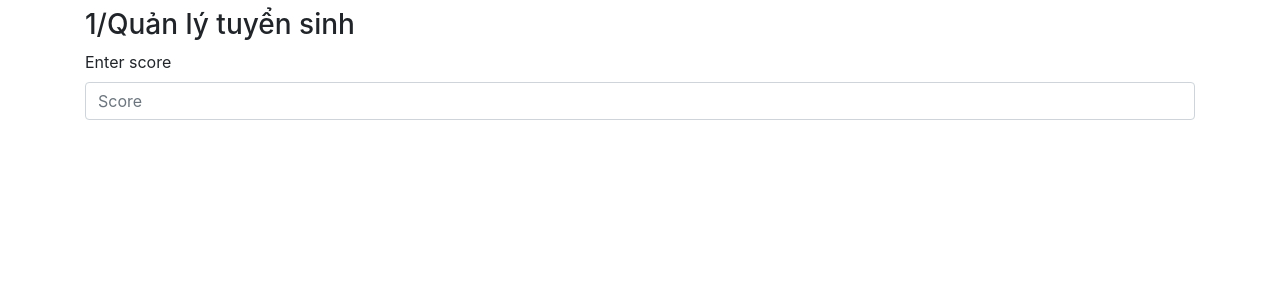
Repository: baobaodeveloper/bootcamp21__jsbasic4_HuynhAnhBao
Page: index.html
These files come from the project's save history. The page is drawn as it stood at one moment and after the next save; the edit follows.
The browser window is 1280 px wide. The pictures show the whole page.

Above is the page before, as saved 2022-03-13 17:28:44.

### index.html
<!DOCTYPE html>
<html lang="en">
  <head>
    <title>Exercise3</title>
    <!-- Required meta tags -->
    <meta charset="utf-8" />
    <meta
      name="viewport"
      content="width=device-width, initial-scale=1, shrink-to-fit=no"
    />

    <!-- Bootstrap CSS -->
    <link
      rel="stylesheet"
      href="https://stackpath.bootstrapcdn.com/bootstrap/4.3.1/css/bootstrap.min.css"
      integrity="sha384-ggOyR0iXCbMQv3Xipma34MD+dH/1fQ784/j6cY/iJTQUOhcWr7x9JvoRxT2MZw1T"
      crossorigin="anonymous"
    />
  </head>
  <body>
    <!-- 1/Quản lý tuyển sinh -->
    <div class="container mt-2">
      <h3>1/Quản lý tuyển sinh</h3>
      <div class="mb-3">
        <label for="exampleFormControlInput1" class="score">Enter score</label>
        <input
          type="email"
          class="form-control"
          id="exampleFormControlInput1"
          placeholder="Score"
        />
      </div>
    </div>
    <!-- Optional JavaScript -->
    <!-- jQuery first, then Popper.js, then Bootstrap JS -->
    <script
      src="https://code.jquery.com/jquery-3.3.1.slim.min.js"
      integrity="sha384-q8i/X+965DzO0rT7abK41JStQIAqVgRVzpbzo5smXKp4YfRvH+8abtTE1Pi6jizo"
      crossorigin="anonymous"
    ></script>
    <script
      src="https://cdnjs.cloudflare.com/ajax/libs/popper.js/1.14.7/umd/popper.min.js"
      integrity="sha384-UO2eT0CpHqdSJQ6hJty5KVphtPhzWj9WO1clHTMGa3JDZwrnQq4sF86dIHNDz0W1"
      crossorigin="anonymous"
    ></script>
    <script
      src="https://stackpath.bootstrapcdn.com/bootstrap/4.3.1/js/bootstrap.min.js"
      integrity="sha384-JjSmVgyd0p3pXB1rRibZUAYoIIy6OrQ6VrjIEaFf/nJGzIxFDsf4x0xIM+B07jRM"
      crossorigin="anonymous"
    ></script>

    <script src="exercise1.js"></script>
  </body>
</html>

Loaded but not shown: exercise1.js (no stored copy; drawn as an empty file)

After the next save:
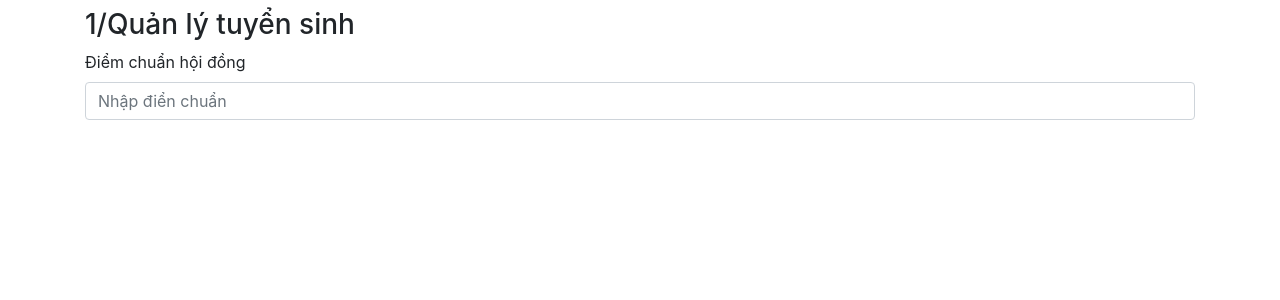
Saved 45 s later.
--- a/index.html
+++ b/index.html
@@ -22,12 +22,14 @@
     <div class="container mt-2">
       <h3>1/Quản lý tuyển sinh</h3>
       <div class="mb-3">
-        <label for="exampleFormControlInput1" class="score">Enter score</label>
+        <label for="exampleFormControlInput1" class="score"
+          >Điểm chuẩn hội đồng</label
+        >
         <input
           type="email"
           class="form-control"
           id="exampleFormControlInput1"
-          placeholder="Score"
+          placeholder="Nhập điển chuẩn"
         />
       </div>
     </div>
